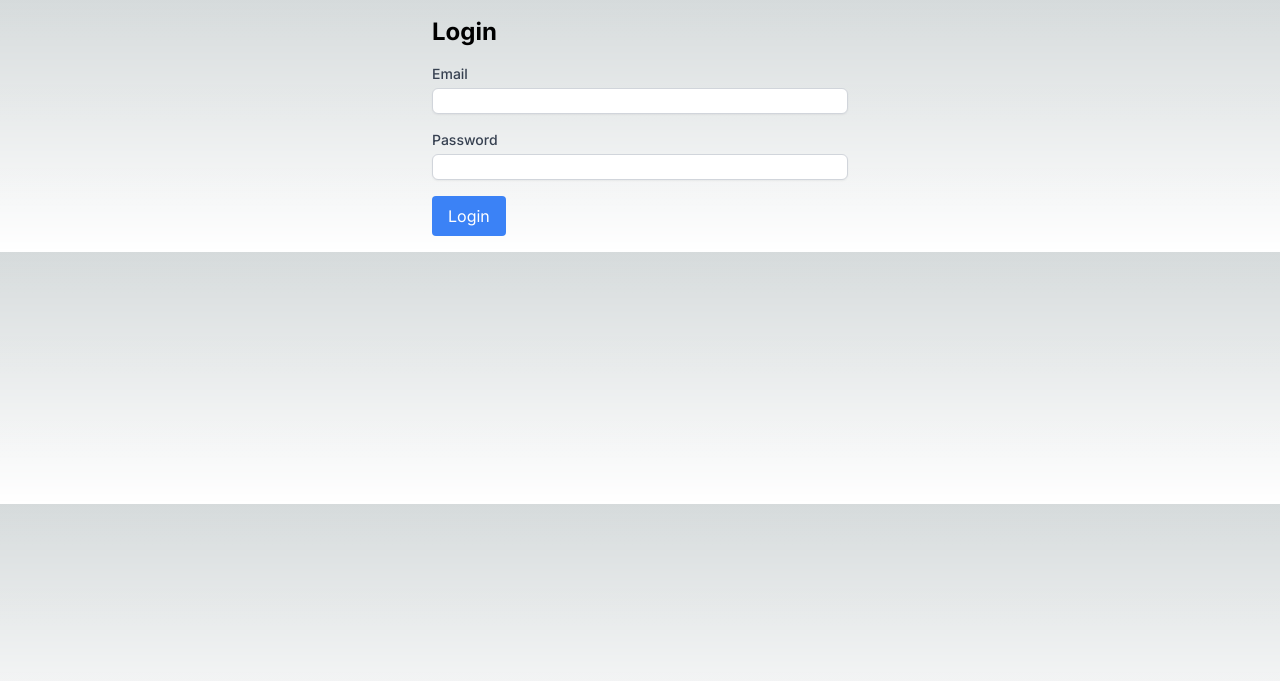
Repository: NassimeElkamari/Horizon-Housing
Page: /login
The author's editor kept a copy of each file at every save. The page is drawn from the files as they stood at one save, then again after the next save.
The browser window is 1280 px wide. The pictures show the whole page.
The project was rebuilt for these pictures with package versions that can differ from the ones it lists, and the page was loaded fresh each time. The framework's server and built-in components were replaced by stand-ins that run in the browser. Also part of the build but not shown: next.config.mjs.

Above is the page before, as saved 2024-08-28 15:08:42.

### src/app/login/page.tsx
'use client'
import { useState } from 'react';
import { signIn } from 'next-auth/react';

export default function LoginPage() {
  const [email, setEmail] = useState('');
  const [password, setPassword] = useState('');
  const [error, setError] = useState('');

  const handleSubmit = async (e: React.FormEvent) => {
    e.preventDefault();
    const result = await signIn('credentials', {
      redirect: false,
      email,
      password,
    });

    if (result?.error) {
      setError(result.error);
    } else {
      // Redirect or show success message
    }
  };

  return (
    <div className="max-w-md mx-auto p-4">
      <h1 className="text-2xl font-bold mb-4">Login</h1>
      <form onSubmit={handleSubmit}>
        <div className="mb-4">
          <label htmlFor="email" className="block text-sm font-medium text-gray-700">Email</label>
          <input
            id="email"
            type="email"
            value={email}
            onChange={(e) => setEmail(e.target.value)}
            className="mt-1 block w-full border border-gray-300 rounded-md shadow-sm"
            required
          />
        </div>
        <div className="mb-4">
          <label htmlFor="password" className="block text-sm font-medium text-gray-700">Password</label>
          <input
            id="password"
            type="password"
            value={password}
            onChange={(e) => setPassword(e.target.value)}
            className="mt-1 block w-full border border-gray-300 rounded-md shadow-sm"
            required
          />
        </div>
        {error && <p className="text-red-500">{error}</p>}
        <button type="submit" className="bg-blue-500 text-white py-2 px-4 rounded">Login</button>
      </form>
    </div>
  );
}

Loaded but not shown: src/app/layout.tsx (common file); src/app/globals.css (common file); tailwind.config.ts (common file)

After the next save:
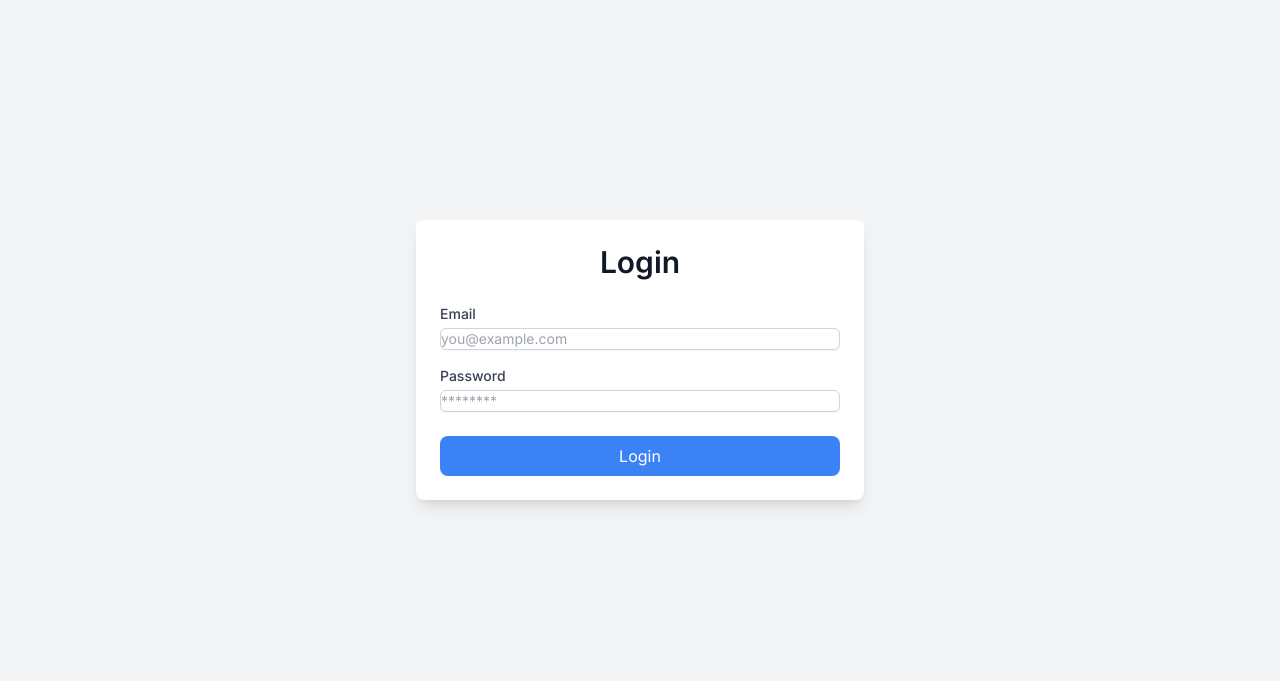
Saved 2 min 49 s later.
--- a/src/app/login/page.tsx
+++ b/src/app/login/page.tsx
@@ -1,4 +1,4 @@
-'use client'
+'use client';
 import { useState } from 'react';
 import { signIn } from 'next-auth/react';
 
@@ -19,38 +19,48 @@ export default function LoginPage() {
       setError(result.error);
     } else {
       // Redirect or show success message
+      window.location.href = '/'; // Redirect to homepage or dashboard
     }
   };
 
   return (
-    <div className="max-w-md mx-auto p-4">
-      <h1 className="text-2xl font-bold mb-4">Login</h1>
-      <form onSubmit={handleSubmit}>
-        <div className="mb-4">
-          <label htmlFor="email" className="block text-sm font-medium text-gray-700">Email</label>
-          <input
-            id="email"
-            type="email"
-            value={email}
-            onChange={(e) => setEmail(e.target.value)}
-            className="mt-1 block w-full border border-gray-300 rounded-md shadow-sm"
-            required
-          />
-        </div>
-        <div className="mb-4">
-          <label htmlFor="password" className="block text-sm font-medium text-gray-700">Password</label>
-          <input
-            id="password"
-            type="password"
-            value={password}
-            onChange={(e) => setPassword(e.target.value)}
-            className="mt-1 block w-full border border-gray-300 rounded-md shadow-sm"
-            required
-          />
-        </div>
-        {error && <p className="text-red-500">{error}</p>}
-        <button type="submit" className="bg-blue-500 text-white py-2 px-4 rounded">Login</button>
-      </form>
+    <div className="flex items-center justify-center min-h-screen bg-gray-100 p-4">
+      <div className="max-w-md w-full bg-white shadow-lg rounded-lg p-6">
+        <h1 className="text-3xl font-semibold text-gray-900 mb-6 text-center">Login</h1>
+        <form onSubmit={handleSubmit}>
+          <div className="mb-4">
+            <label htmlFor="email" className="block text-sm font-medium text-gray-700 mb-1">Email</label>
+            <input
+              id="email"
+              type="email"
+              value={email}
+              onChange={(e) => setEmail(e.target.value)}
+              className="block w-full border border-gray-300 rounded-md shadow-sm focus:ring-blue-500 focus:border-blue-500 sm:text-sm"
+              placeholder="you@example.com"
+              required
+            />
+          </div>
+          <div className="mb-6">
+            <label htmlFor="password" className="block text-sm font-medium text-gray-700 mb-1">Password</label>
+            <input
+              id="password"
+              type="password"
+              value={password}
+              onChange={(e) => setPassword(e.target.value)}
+              className="block w-full border border-gray-300 rounded-md shadow-sm focus:ring-blue-500 focus:border-blue-500 sm:text-sm"
+              placeholder="********"
+              required
+            />
+          </div>
+          {error && <p className="text-red-500 text-sm mb-4">{error}</p>}
+          <button
+            type="submit"
+            className="w-full bg-blue-500 text-white py-2 px-4 rounded-lg hover:bg-blue-600 focus:outline-none focus:ring-2 focus:ring-blue-500 focus:ring-offset-2"
+          >
+            Login
+          </button>
+        </form>
+      </div>
     </div>
   );
 }
